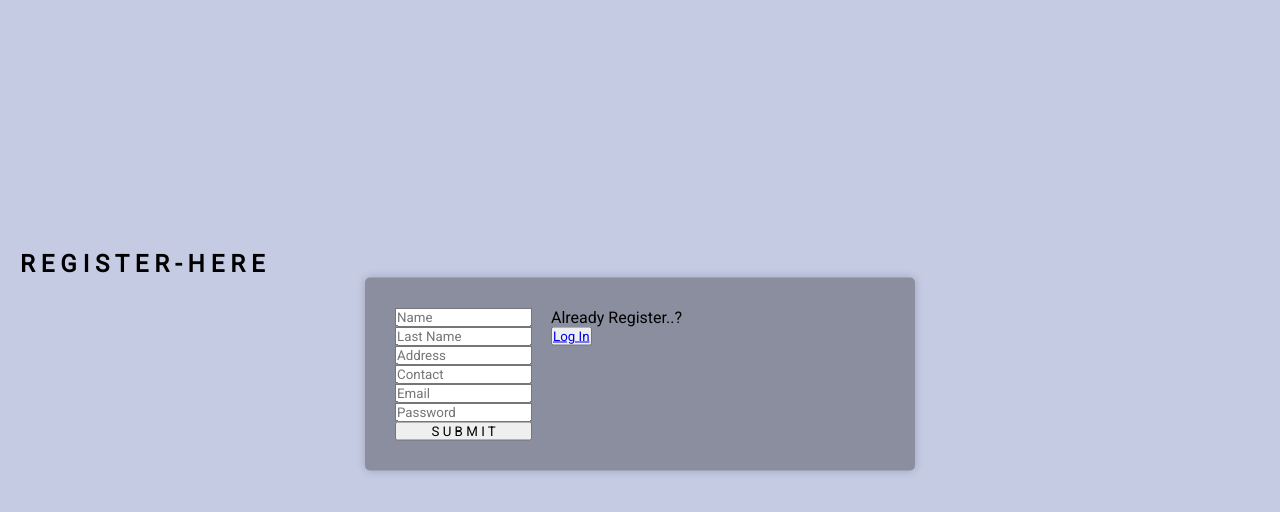
Repository: Krushna26nk/WebApplication
Page: http://localhost/Application/
An editor plug-in stored every save of this project. The page is shown before and after the next save, followed by the edit.
The browser window is 1280 px wide. The pictures show the whole page.
The page is served by Tomcat 9.

Above is the page before, as saved 2019-05-31 13:27:50.

After the next save:
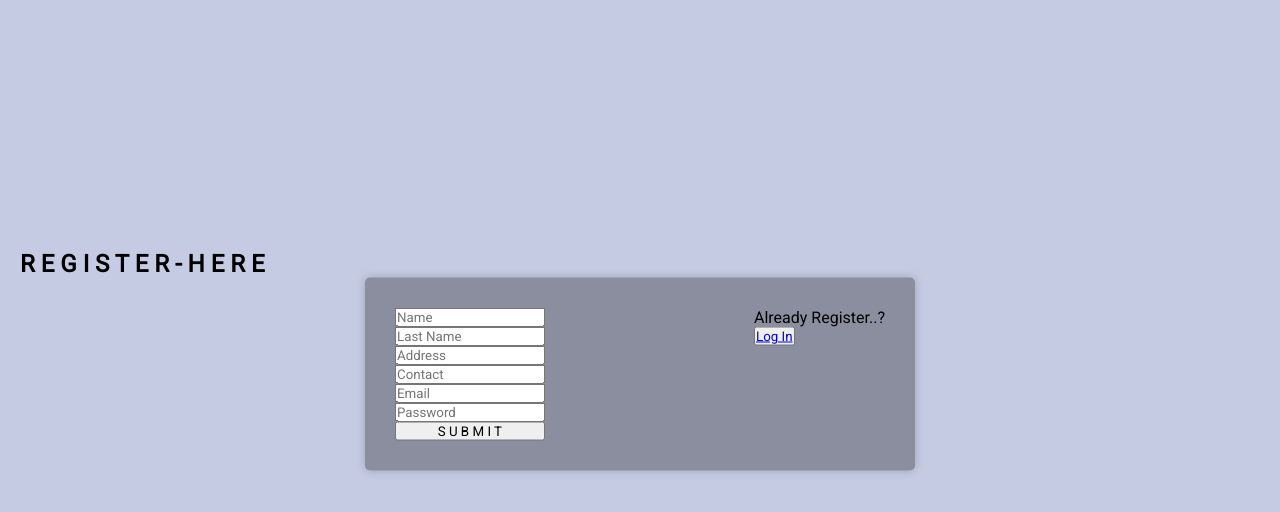
Saved 15 s later.
--- a/web/Application/WebContent/Style.css
+++ b/web/Application/WebContent/Style.css
@@ -38,5 +38,5 @@ body{
 
 .alreadyDiv,
 .inputFields{
-	width:88%;
+
 }
